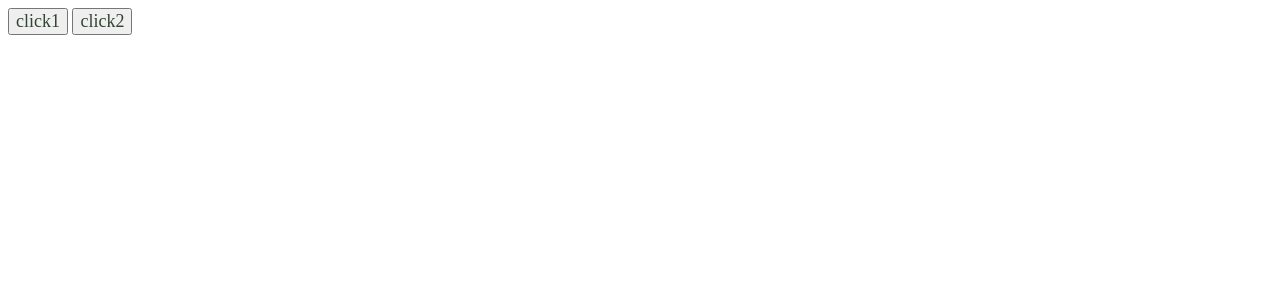
Repository: youngsik0405/Web-study
Page: JsonApp/WebContent/JsonTest08.html
An editor plug-in stored every save of this project. The page is shown before and after the next save, followed by the edit.
The browser window is 1280 px wide. The pictures show the whole page.

Above is the page before, as saved 2025-02-05 03:15:37.

After the next save:
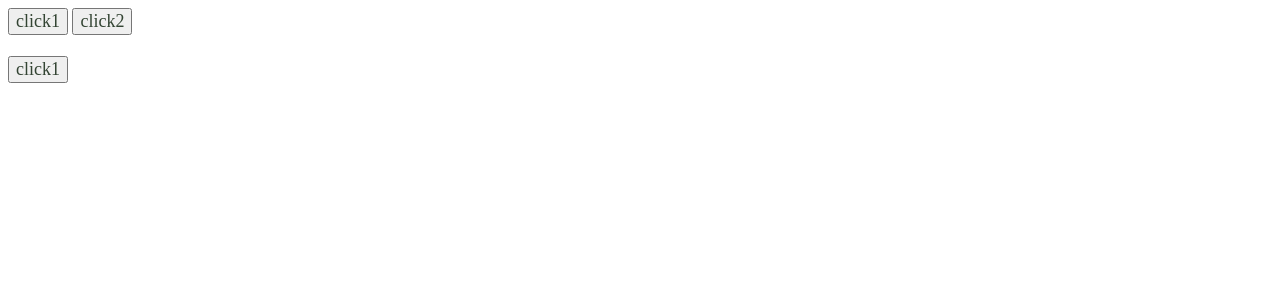
Saved 47 s later.
--- a/JsonApp/WebContent/JsonTest08.html
+++ b/JsonApp/WebContent/JsonTest08.html
@@ -29,8 +29,17 @@
 <form action="">
 
 	<input type="button" value="click1" onclick="alert(myJsonObject8)">
+	<!-- [object Object] -->
 
 	<input type="button" value="click2" onclick="alert(typeof myJsonObject8)">
+	<!-- object -->
+
+	<br><br>
+
+
+	<input type="button" value="click1" onclick="alert(myJsonObject8.test)">
+
+
 
 </form>
 
